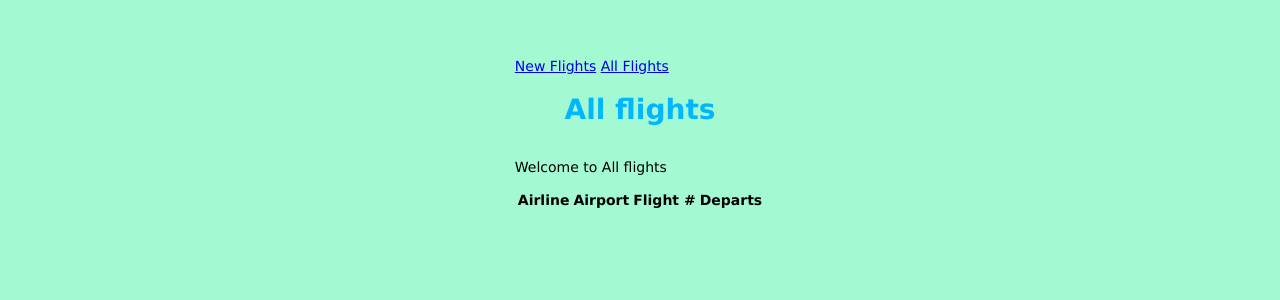
Repository: jmendoza13/mongoose-flights
Page: http://localhost/flights
The author's editor kept a copy of each file at every save. The page is drawn from the files as they stood at one save, then again after the next save.
The browser window is 1280 px wide. The pictures show the whole page.
The page is served by the project's Node server (server.js). Other server files are loaded and not shown. Queries for data that is not in the repository find no rows.

Above is the page before, as saved 2022-07-18 16:02:07.

### views/flights/index.ejs
<%- include('../partials/header') %>
   <h1>
      <%= title %>
   </h1>
   <p>
      Welcome to <%= title %>
   </p>
   <table>
      <tr>
         <th>Airline</th>
         <th>Airport</th>
         <th>Flight #</th>
         <th>Departs</th>
      </tr>
   <tbody>
   <% flights.forEach(function(f) { %>
      <tr>
         <td><%=f.airline %></td>
         <td><%=f.airport %></td>
         <td><%=f.flightNo %></td>
         <td><%=f.departs %></td>
      </tr>
      <% }); %>
   </tbody>
</table>
      <%- include('../partials/footer') %>

### views/Partials/header.ejs
<!DOCTYPE html>
<html lang="en">

<head>
    <meta charset="UTF-8">
    <meta http-equiv="X-UA-Compatible" content="IE=edge">
    <meta name="viewport" content="width=device-width, initial-scale=1.0">
    <link rel='stylesheet' href='/stylesheets/style.css' />
    <title>Flights</title>
</head>

<body>
    <nav>
        <a href="/flights/new">New Flights</a>
        <a href="/flights">All Flights</a>
    </nav>

### server.js
var createError = require('http-errors');
var express = require('express');
var path = require('path');
var cookieParser = require('cookie-parser');
var logger = require('morgan');
require('dotenv').config();

require('./config/database');
var indexRouter = require('./routes/index');
var flightsRouter = require('./routes/flights');

var app = express();

// view engine setup
app.set('views', path.join(__dirname, 'views'));
app.set('view engine', 'ejs');

app.use(logger('dev'));
app.use(express.json());
app.use(express.urlencoded({ extended: false }));
app.use(cookieParser());
app.use(express.static(path.join(__dirname, 'public')));

app.use('/', indexRouter);
app.use('/flights', flightsRouter);

// catch 404 and forward to error handler
app.use(function(req, res, next) {
  next(createError(404));
});

// error handler
app.use(function(err, req, res, next) {
  // set locals, only providing error in development
  res.locals.message = err.message;
  res.locals.error = req.app.get('env') === 'development' ? err : {};

  // render the error page
  res.status(err.status || 500);
  res.render('error');
});

module.exports = app;

### controllers/flights.js
const Flight = require('../models/flight');

module.exports = {
    index,
    new: newFlight,
    create
};

function index(req, res) {
    Flight.find({}, function(err, flights) {
      res.render('flights/index', { title: 'All flights', flights });
    });
  }

  function create(req, res) {
    console.log(req.body)
      for (let key in req.body) {
          if (req.body[key] === '') delete req.body[key];
      }
      var flight = new Flight(req.body);
      flight.save(function(err) {
          // one way to handle errors
          if (err) return res.redirect('/flights/new');
          console.log(flight);
          // for now, redirect right back to new.ejs
          res.redirect('/flights');
      });
  }



function newFlight(req, res) {
    res.render('flights/new');
}

### public/stylesheets/style.css
body {
  padding: 50px;
  font: 14px "Lucida Grande", Helvetica, Arial, sans-serif;
  display: grid;
  justify-content: center;
  background-color: rgb(163, 249, 210);
  grid-template-areas:
    "nav"
    "main"
}
s
nav, h1 {
  display: flex;
  color: #00B7FF;
  justify-content: center;
  align-items: center;
}

Loaded but not shown: views/Partials/footer.ejs (common file)

After the next save:
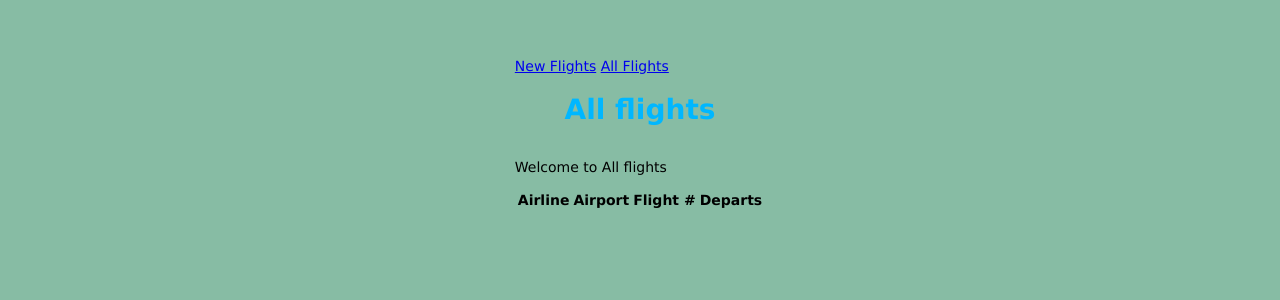
Saved 15 s later.
--- a/public/stylesheets/style.css
+++ b/public/stylesheets/style.css
@@ -3,7 +3,7 @@ body {
   font: 14px "Lucida Grande", Helvetica, Arial, sans-serif;
   display: grid;
   justify-content: center;
-  background-color: rgb(163, 249, 210);
+  background-color: rgb(135, 188, 164);
   grid-template-areas:
     "nav"
     "main"
